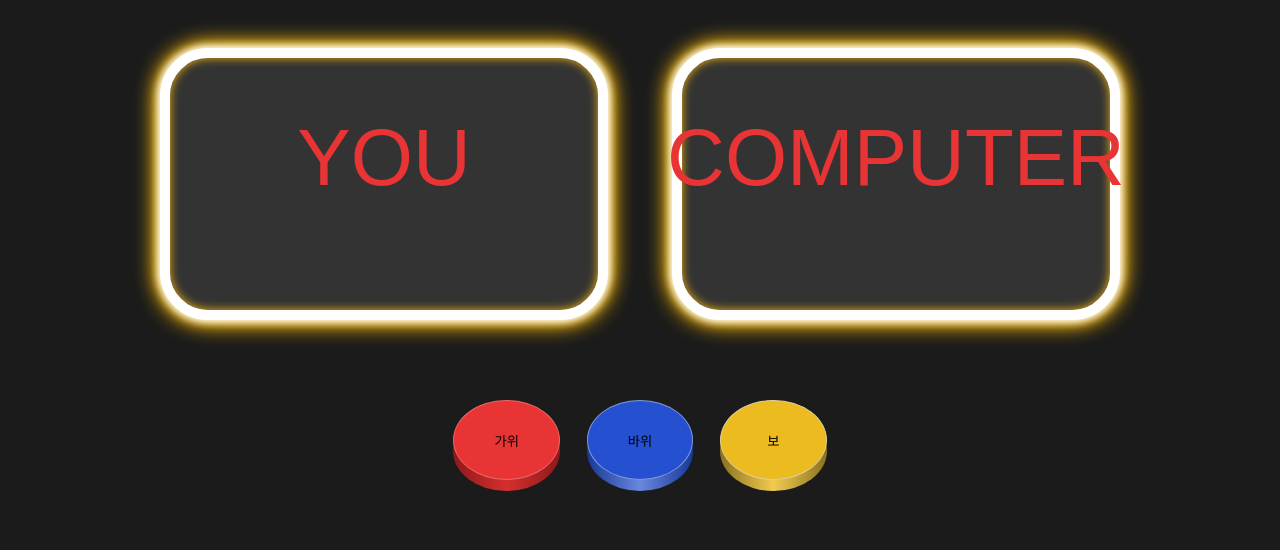
Repository: KIMMIHYE12/classComponent
Page: /
These files come from the project's save history. The page is drawn as it stood at one moment and after the next save; the edit follows.
The browser window is 1280 px wide. The pictures show the whole page.
Some web fonts or font styles are not loaded; a fallback is used. The project was rebuilt for these pictures with package versions that can differ from the ones it lists, and the page was loaded fresh each time.

Above is the page before, as saved 2024-03-19 21:59:12.

After the next save:
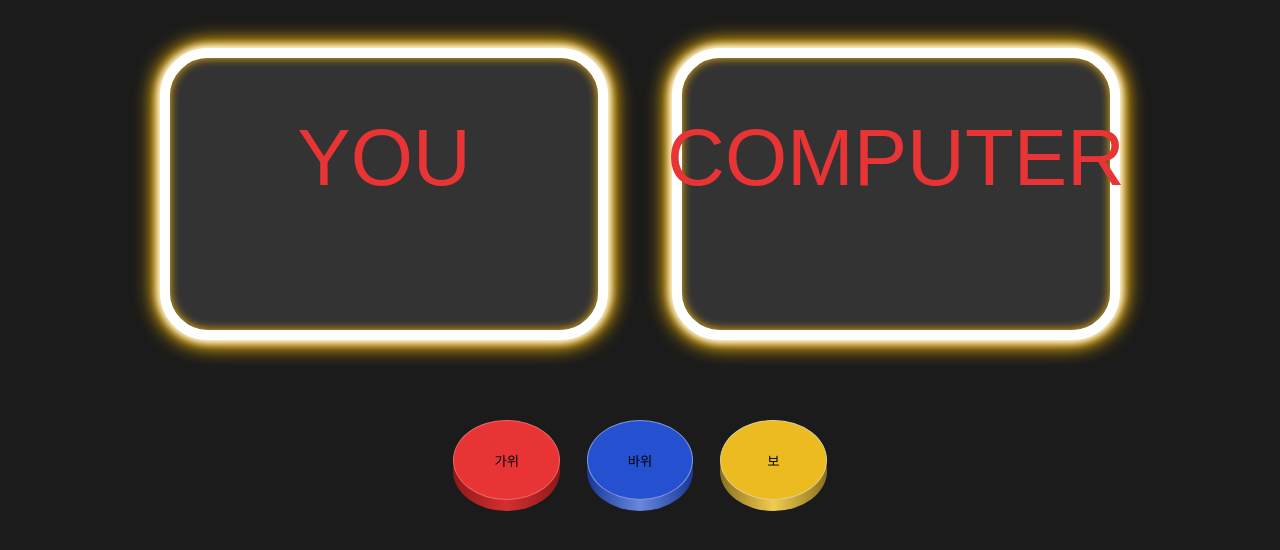
Saved 8 s later.
--- a/src/component/Box.js
+++ b/src/component/Box.js
@@ -17,11 +17,14 @@ export const Box = (props) => {
   return (
     <div className={`box ${result == "Lose" ? "" : "neon"}`}>
       <h1>{props.title}</h1>
-      <div className='img_wrap'></div>
-      <img
-        src={props.item && props.item.img}
-        alt={props.item && props.item.describe}
-      />
+      <div className='img_wrap'>
+        {" "}
+        <img
+          src={props.item && props.item.img}
+          alt={props.item && props.item.describe}
+        />
+      </div>
+
       <h2>{result}</h2>
     </div>
   );
